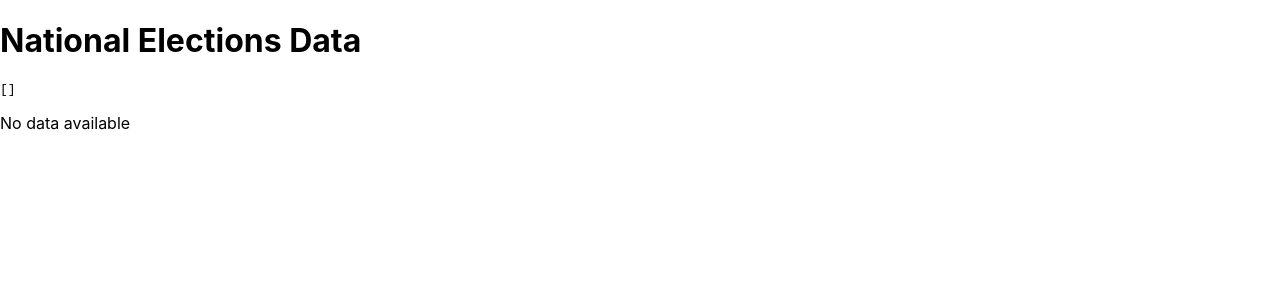
Repository: purushotham012355/votingfrontend
Page: /
These files come from the project's save history. The page is drawn as it stood at one moment and after the next save; the edit follows.
The browser window is 1280 px wide. The pictures show the whole page.
The page's requests for data from a server got no answer. The project was rebuilt for these pictures with package versions that can differ from the ones it lists, and the page was loaded fresh each time. No one was signed in, and anything a server would have sent is missing.

Above is the page before, as saved 2025-03-15 14:57:06.

After the next save:
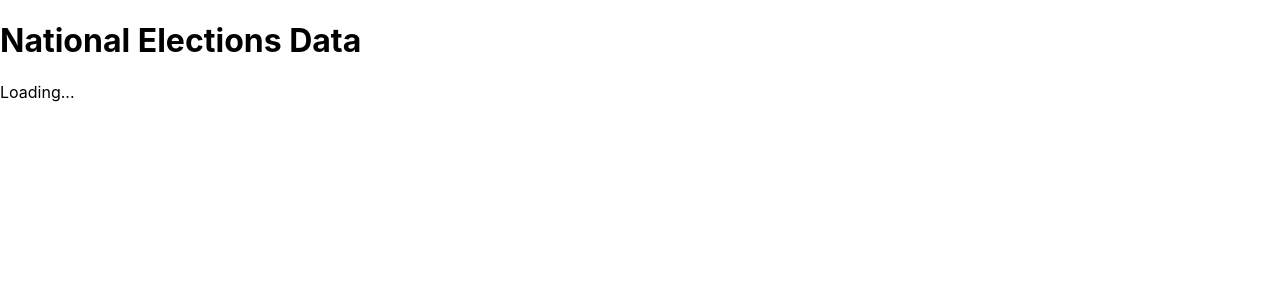
Saved 82 s later.
--- a/src/App.js
+++ b/src/App.js
@@ -7,7 +7,7 @@ function App() {
     fetch("http://localhost:5000/api/national-elections")
       .then((response) => response.json())
       .then((data) => {
-        console.log("Fetched Data:", data); // ✅ Check API Response in Console
+        console.log("Fetched Data:", data); // ✅ Debugging in Console
         setData(data);
       })
       .catch((error) => console.error("Error fetching data:", error));
@@ -16,12 +16,10 @@ function App() {
   return (
     <div>
       <h1>National Elections Data</h1>
-      <pre>{JSON.stringify(data, null, 2)}</pre> {/* ✅ Debugging Line */}
-
       {data.length === 0 ? (
-        <p>No data available</p>
+        <p>Loading...</p>
       ) : (
-        <table border="1">
+        <table border="1" cellPadding="10" cellSpacing="0">
           <thead>
             <tr>
               <th>ID</th>
